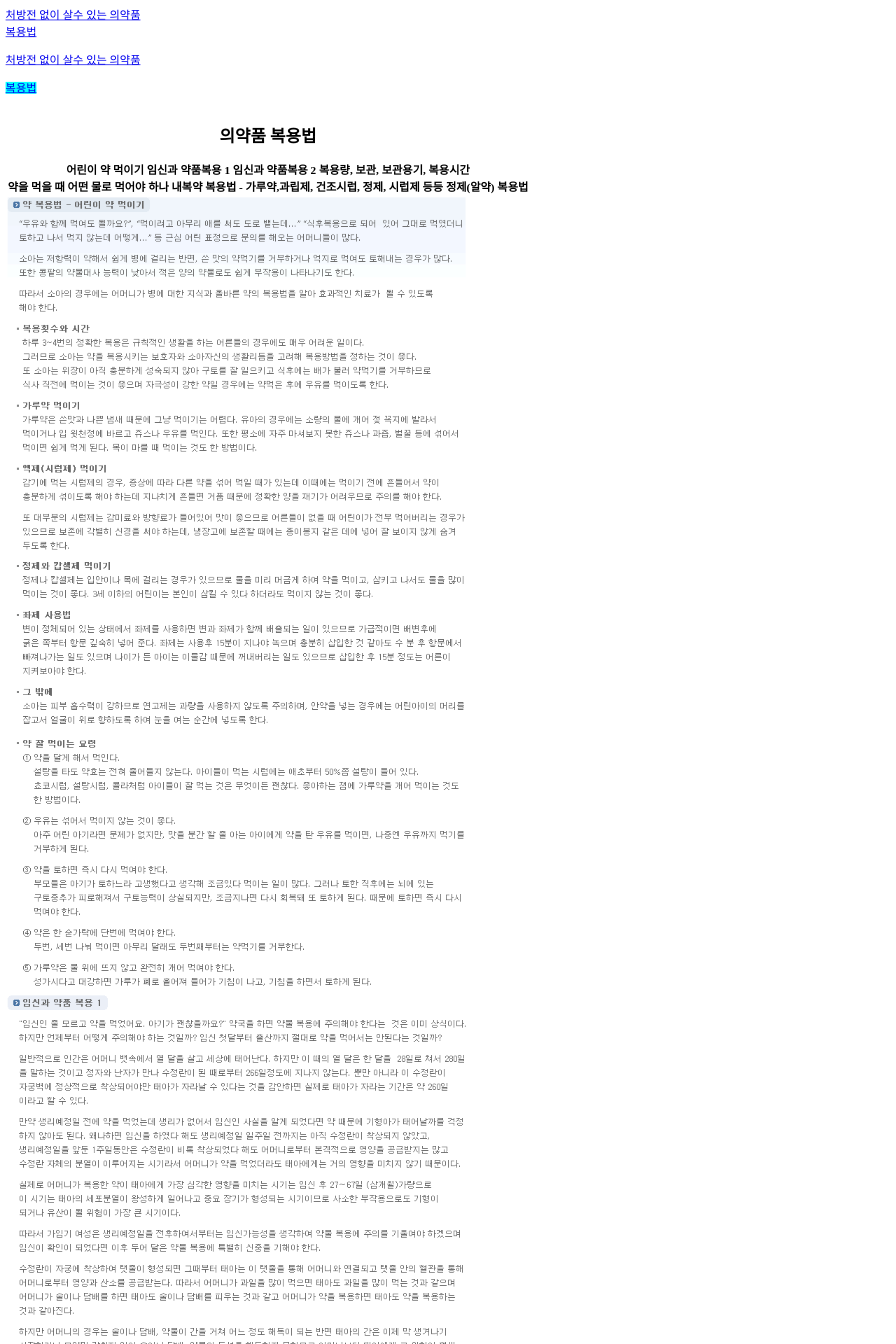
Repository: letzbegin/Study
Page: http://localhost/portfolio/WEB-INF/views/pillinfo/pill_useage.jsp
The author's editor kept a copy of each file at every save. The page is drawn from the files as they stood at one save, then again after the next save.
The browser window is 1280 px wide. The pictures show the part of the page from y = 0 to 1920 px (the page is 5035 px tall before and 4995 px after), at 70% of full size.
The page is served by Tomcat 9. Nobody is signed in. Other server files are loaded and not shown. The template is opened directly, without the code that normally fills it, so the values that code supplies are empty.

Above is the page before, as saved 2018-10-15 04:52:36.

### pol/portfolio/src/main/webapp/WEB-INF/views/pillinfo/pill_useage.jsp
<%@ page language="java" contentType="text/html; charset=UTF-8"
	pageEncoding="UTF-8"%>
<!DOCTYPE html PUBLIC "-//W3C//DTD HTML 4.01 Transitional//EN" "http://www.w3.org/TR/html4/loose.dtd">
<html>
<head>
<meta http-equiv="Content-Type" content="text/html; charset=UTF-8">
<title>Insert title here</title>
</head>
<body>

	<div class="container-fluid text-center">
		<div class="row content">
			<div class="col-sm-3 sidenav">
			<div class="panel-heading">
						<a href="pillnon">처방전 없이 살수 있는 의약품</a>
					</div>
					<div class="panel-body">
						<a href="pillusage">복용법</a>
					</div>
				<p>
					<a href="pillnon">처방전 없이 살수 있는 의약품</a>
				</p>
				<p>
					<a href="pillusage" style="background: aqua;">복용법</a>
				</p>
			</div>
			<div class="col-sm-6 text-left">
				<table class="table ">
					<tr>
						<th><h2>의약품 복용법</h2>
							<div class="btn-group btn-group-justified">
								<a type="button" class="btn btn-primary">어린이 약 먹이기</a> <a
									type="button" class="btn btn-primary">임신과 약품복용 1</a> <a
									type="button" class="btn btn-primary">임신과 약품복용 2</a> <a
									type="button" class="btn btn-primary">복용량, 보관, 보관용기, 복용시간</a>
							</div>
							<div class="btn-group btn-group-justified">
								<a type="button" class="btn btn-primary">약을 먹을 때 어떤 물로 먹어야
									하나</a> <a type="button" class="btn btn-primary">내복약 복용법 -
									가루약,과립제, 건조시럽, 정제, 시럽제 등등</a> <a type="button"
									class="btn btn-primary">정제(알약) 복용법</a>
							</div></th>
					</tr>
					<tr>
						<td><img src="img/useage/useage00.gif"></td>
					</tr>
					<tr>
					<tr>
						<td><img src="img/useage/useage01.gif"></td>
					</tr>
					<tr>
					<tr>
						<td><img src="img/useage/useage02.gif"></td>
					</tr>
					<tr>
					<tr>
						<td><img src="img/useage/useage03.gif"></td>
					</tr>
					<tr>
					<tr>
						<td><img src="img/useage/useage04.gif"></td>
					</tr>
					<tr>
					<tr>
						<td><img src="img/useage/useage05.gif"></td>
					</tr>
					<tr>
						<td><img src="img/useage/useage06.gif"></td>
					</tr>
					<tr>
						<td><a href="#" style="align: right;">위로가기</a></td>

					</tr>

				</table>
			</div>
			<div class="col-sm-3 sidenav">
				<div class="well">
					<p>ADS</p>
				</div>
				<div class="well">
					<p>ADS</p>
				</div>
			</div>
		</div>
	</div>
</body>
</html>

After the next save:
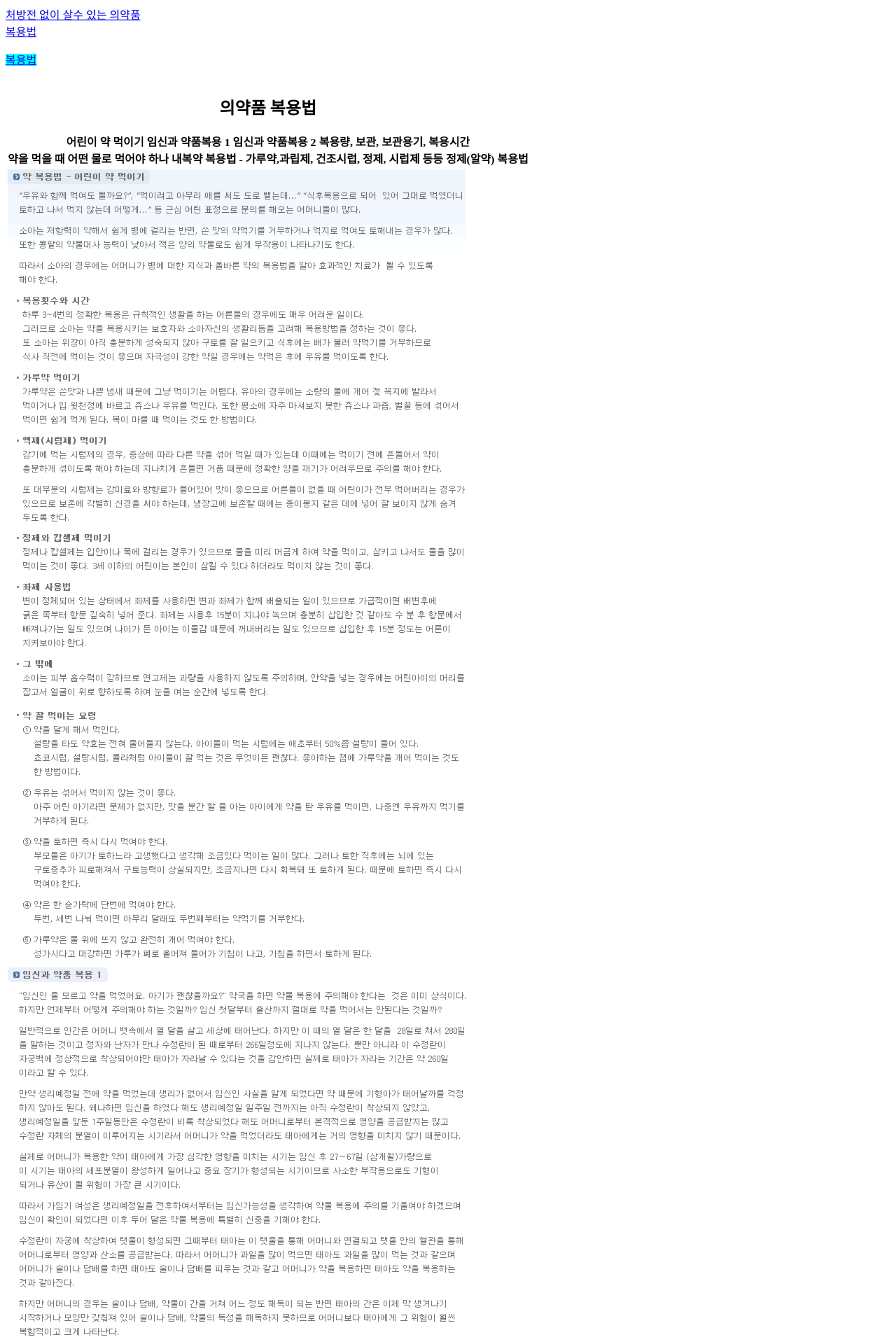
Saved 11 s later.
--- a/pol/portfolio/src/main/webapp/WEB-INF/views/pillinfo/pill_useage.jsp
+++ b/pol/portfolio/src/main/webapp/WEB-INF/views/pillinfo/pill_useage.jsp
@@ -18,7 +18,7 @@
 						<a href="pillusage">복용법</a>
 					</div>
 				<p>
-					<a href="pillnon">처방전 없이 살수 있는 의약품</a>
+
 				</p>
 				<p>
 					<a href="pillusage" style="background: aqua;">복용법</a>
